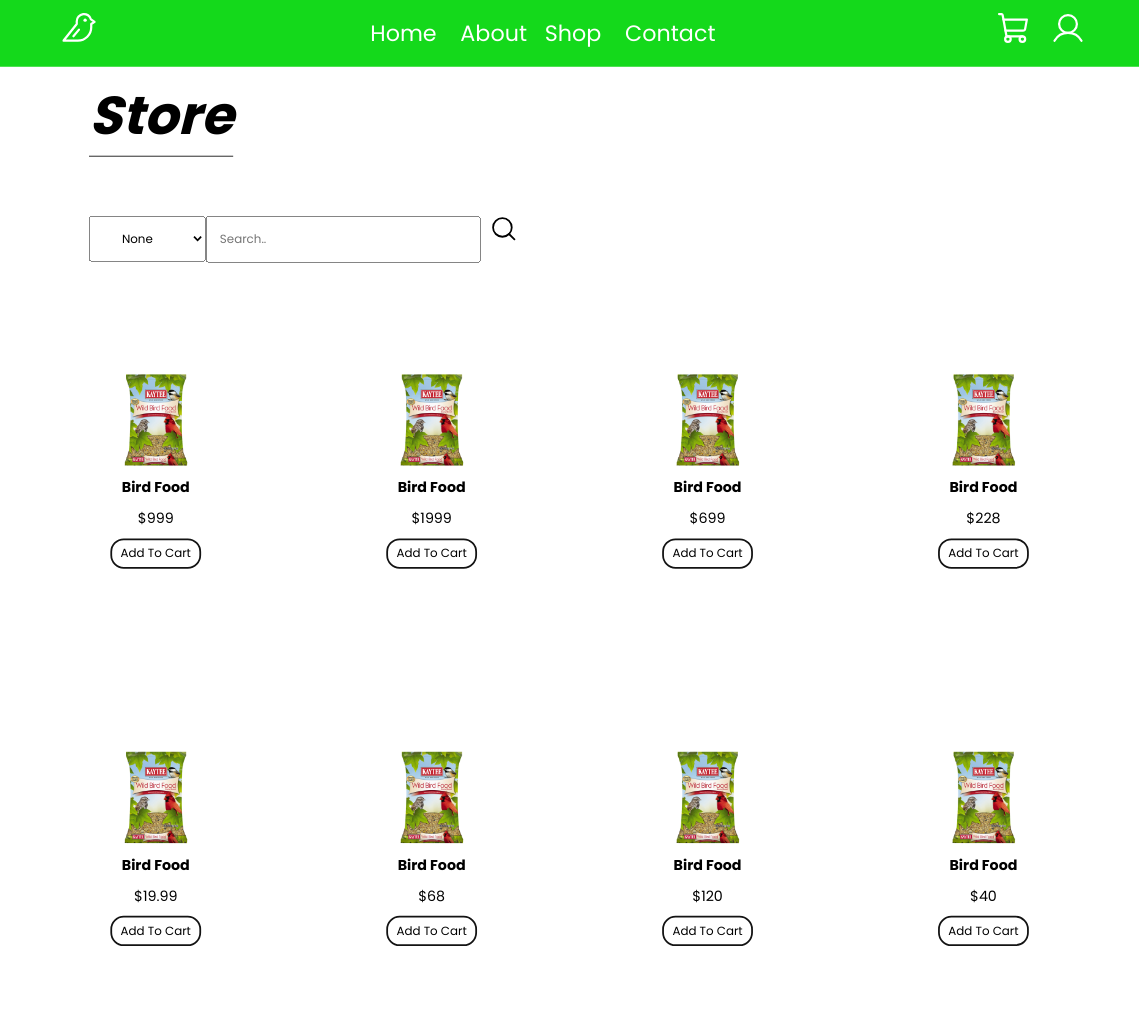
Repository: Vuhainam64/SWP391
Page: / (app in React/swp391-app/)
An editor plug-in stored every save of this project. The page is shown before and after the next save, followed by the edit.
The browser window is 1280 px wide. The pictures show the whole page, at 89% of full size.
The project was rebuilt for these pictures with package versions that can differ from the ones it lists, and the page was loaded fresh each time. Also part of the build but not shown: React/swp391-app/src/pages/register/register.jsx, React/swp391-app/src/pages/home/home.jsx, React/swp391-app/src/pages/about/about.jsx, React/swp391-app/src/pages/contact/contact.jsx, React/swp391-app/src/pages/cart/cart-item.jsx, React/swp391-app/src/pages/cart/cart.css, React/swp391-app/src/pages/cart/cart.jsx.

Above is the page before, as saved 2023-06-01 13:27:17.

After the next save:
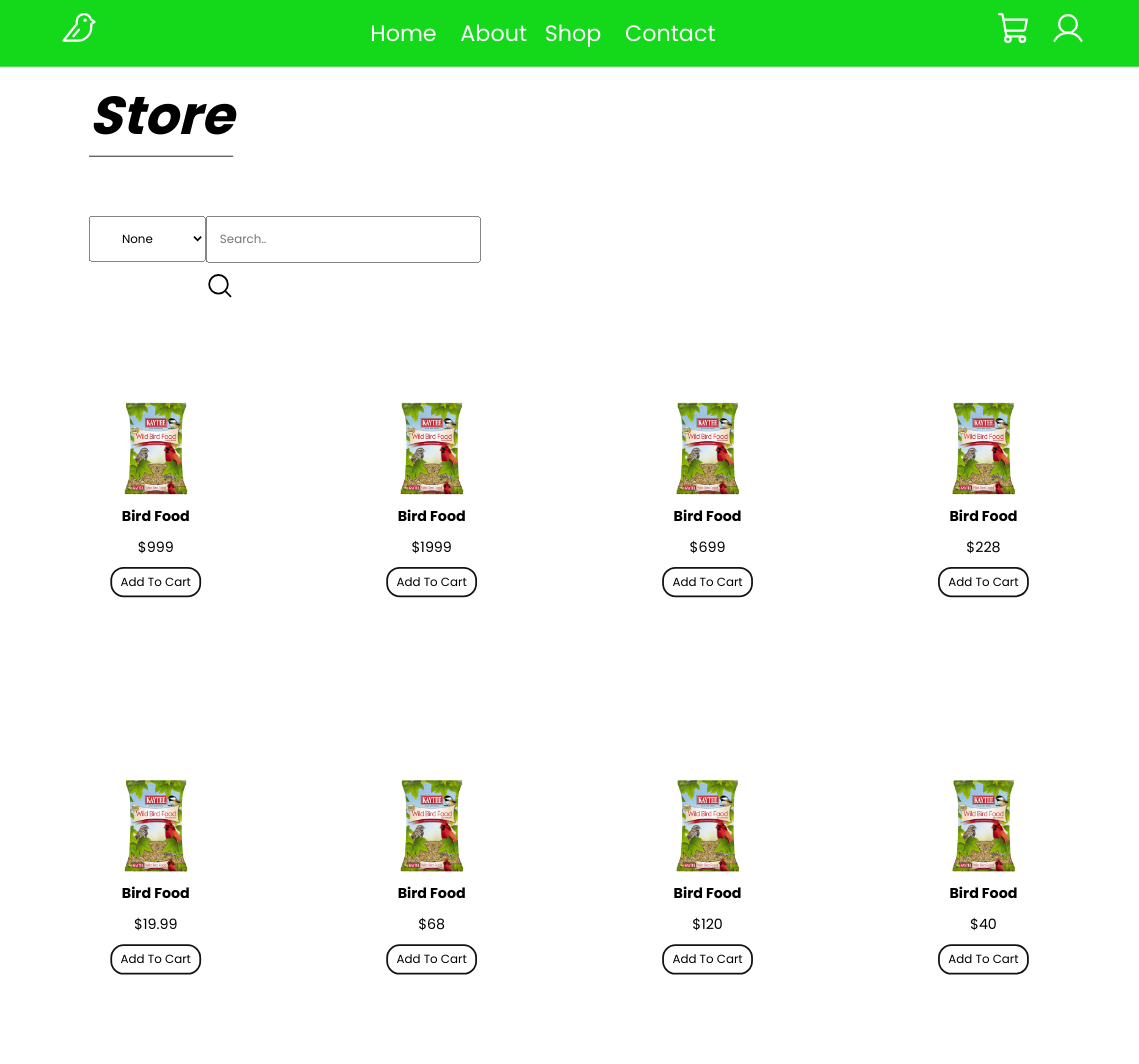
Saved 65 s later.
--- a/React/swp391-app/src/pages/shop/shop.css
+++ b/React/swp391-app/src/pages/shop/shop.css
@@ -92,5 +92,5 @@
 }
 
 .icon-search {
-    display: inline-block;
+    display: grid;
 }
